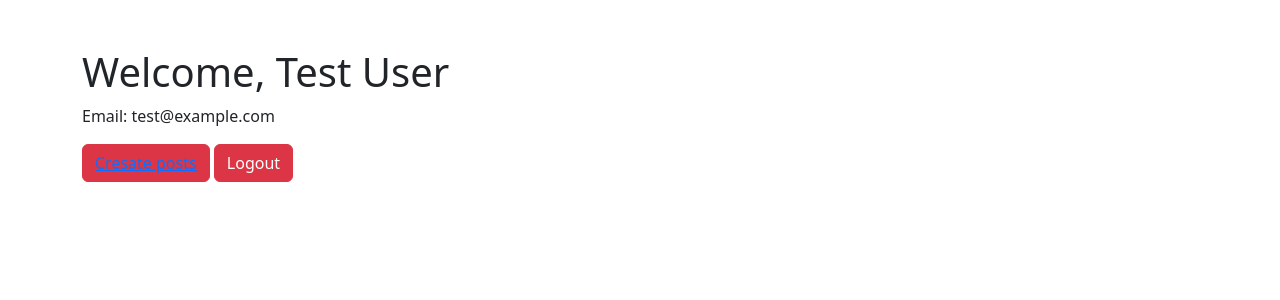
Repository: Abdulahi338/Authentication-using-laravel-11
Page: http://localhost/dashboard
The author's editor kept a copy of each file at every save. The page is drawn from the files as they stood at one save, then again after a run of saves.
The browser window is 1280 px wide. The pictures show the whole page.
The page is served by the project's Laravel application, run on PHP 8.4 with Laravel 12. A made-up administrator, Test User (test@example.com), is signed in. Other server files are loaded and not shown.

Above is the page before, as saved 2024-10-16 09:58:13.

### routes/web.php
<?php


use Illuminate\Support\Facades\Route;
use App\Http\Controllers\AuthController;
use Illuminate\Support\Facades\Auth;

// Guest routes (not logged in)
Route::middleware('guest')->group(function () {
    // Home route
    Route::get('/', function () {
        return view('layouts.app');
    })->name('home');

    // Registration routes
    Route::get('/register', function () {
        return view('auth.register');
    })->name('register.form');

    Route::post('/register', [AuthController::class, 'register'])->name('register');

    // Login routes
    Route::get('/login', function () {
        return view('auth.login');
    })->name('login.form');

    Route::post('/login', [AuthController::class, 'login'])->name('login');

    // Password reset request routes
    Route::get('/password/reset', [AuthController::class, 'showResetRequestForm'])->name('password.request');
    Route::post('/password/email', [AuthController::class, 'sendResetLinkEmail'])->name('password.email');

    // Password reset routes
    Route::get('/password/reset/{token}/{email}', [AuthController::class, 'showResetForm'])->name('password.reset');
    Route::post('/password/reset', [AuthController::class, 'reset'])->name('password.update');
    Route::get('/verify-email/{token}', [AuthController::class, 'verifyEmail'])->name('verification.verify');



});

// Authenticated routes (users who are logged in)
Route::middleware('auth')->group(function () {
     // Email verification route

    // Verification notice route
    Route::get('/verification-notice', function () {
        return view('auth.verification-notice');
    })->name('verification.notice');
        // Resend verification route
        Route::post('/resend-verification', [AuthController::class, 'resendVerification'])->name('verification.resend');
    // Dashboard route
    Route::get('/dashboard', [AuthController::class, 'dashboard'])->name('dashboard');

    // Logout route
    Route::post('/logout', [AuthController::class, 'logout'])->name('logout');

});


use App\Http\Controllers\PostController;

Route::middleware(['auth', 'verified'])->group(function () {
    Route::get('/posts', [PostController::class, 'index'])->name('posts.index');
    Route::get('/posts/create', [PostController::class, 'create'])->name('posts.create');
    Route::post('/posts', [PostController::class, 'store'])->name('posts.store');
    Route::get('/posts/{post}/edit', [PostController::class, 'edit'])->name('posts.edit');
    Route::put('/posts/{post}', [PostController::class, 'update'])->name('posts.update');
    Route::delete('/posts/{post}', [PostController::class, 'destroy'])->name('posts.destroy');
});

### app/Models/User.php
<?php

namespace App\Models;

// use Illuminate\Contracts\Auth\MustVerifyEmail;
use Illuminate\Database\Eloquent\Factories\HasFactory;
use Illuminate\Foundation\Auth\User as Authenticatable;
use Illuminate\Notifications\Notifiable;

class User extends Authenticatable
{
    use HasFactory, Notifiable;

    /**
     * The attributes that are mass assignable.
     *
     * @var array<int, string>
     */
    // User.php
public function posts()
{
    return $this->hasMany(Post::class);
}


    protected $fillable = [
        'name',
        'email',
        'password',
    ];

    /**
     * The attributes that should be hidden for serialization.
     *
     * @var array<int, string>
     */
    protected $hidden = [
        'password',
        'remember_token',
    ];

    /**
     * Get the attributes that should be cast.
     *
     * @return array<string, string>
     */
    protected function casts(): array
    {
        return [
            'email_verified_at' => 'datetime',
            'password' => 'hashed',
        ];
    }
}

### app/Http/Controllers/AuthController.php
<?php

namespace App\Http\Controllers;

use App\Models\User;
use App\Mail\VerificationMail;
use Illuminate\Http\Request;
use Illuminate\Support\Facades\Hash;
use Illuminate\Support\Facades\Mail;
use Illuminate\Support\Facades\DB;
use Illuminate\Support\Str;
use Illuminate\Support\Facades\Password;

class AuthController extends Controller
{
    // Registration function
    public function register(Request $request)
    {
        // Validate user input
        $validated = $request->validate([
            'name' => 'required|string|max:255',
            'email' => 'required|email|unique:users,email',
            'password' => 'required|string|min:3|confirmed', // Password should be more secure
        ]);

        // Hash password and create the user
        $user = User::create([
            'name' => $validated['name'],
            'email' => $validated['email'],
            'password' => Hash::make($validated['password']),
        ]);

        // Generate verification token
        $token = Str::random(32);
        DB::table('email_verifications')->insert([
            'user_id' => $user->id,
            'token' => $token,
            'created_at' => now(),
        ]);

        // Send verification email
        Mail::to($user->email)->send(new VerificationMail($user, $token));

        // Redirect to login with a success message
        return redirect()->route('login')->with('message', 'Registration successful! Please check your email to verify your account.');
    }

    // Login function
    public function login(Request $request)
    {
        // Validate the login request
        $credentials = $request->validate([
            'email' => 'required|email',
            'password' => 'required|string',
        ]);

        // Attempt to find the user
        $user = User::where('email', $credentials['email'])->first();

        if (!$user) {
            return redirect()->back()->withErrors(['email' => 'Invalid credentials.'])->withInput();
        }

        // Check if the email is verified
        if (!$user->email_verified_at) {
            return redirect()->back()->withErrors(['email' => 'Please verify your email first.'])->withInput();
        }

        // Check the password
        if (!Hash::check($credentials['password'], $user->password)) {
            return redirect()->back()->withErrors(['email' => 'Invalid credentials.'])->withInput();
        }

        // Log the user in
        auth()->login($user);

        return redirect()->route('dashboard'); // Redirect to the dashboard after successful login
    }

    // Email Verification function
    public function verifyEmail($token)
    {
        // Look for the token in the email_verifications table
        $verification = DB::table('email_verifications')->where('token', $token)->first();

        // If the token is not found, return an error
        if (!$verification) {
            return redirect()->route('login')->withErrors(['token' => 'Invalid verification token.']);
        }

        // Find the user by the token
        $user = User::find($verification->user_id);

        // Mark email as verified
        $user->email_verified_at = now();
        $user->save();

        // Optionally delete the token after successful verification
        DB::table('email_verifications')->where('token', $token)->delete();

        // Log the user in
        auth()->login($user);

        return redirect()->route('dashboard')->with('message', 'Email verified successfully! Welcome to your dashboard.');
    }

    // Resend Email Verification
    public function resendVerification(Request $request)
    {
        // Validate the request
        $request->validate([
            'email' => 'required|email',
        ]);

        // Find the user by email
        $user = User::where('email', $request->email)->first();

        if (!$user) {
            return redirect()->back()->withErrors(['email' => 'User not found.']);
        }

        // Check if the user already has a verified email
        if ($user->email_verified_at) {
            return redirect()->back()->withErrors(['email' => 'Email is already verified.']);
        }

        // Generate a new verification token
        $token = Str::random(32);

        // Update or create a new verification record
        DB::table('email_verifications')->updateOrInsert(
            ['user_id' => $user->id],
            ['token' => $token, 'created_at' => now()]
        );

        // Send the verification email
        Mail::to($user->email)->send(new VerificationMail($user, $token));

        return redirect()->back()->with('message', 'Verification email resent.');
    }

    // Show password reset request form
    public function showResetRequestForm()
    {
        return view('auth.passwords.email');
    }

    // Handle sending the reset link
    public function sendResetLinkEmail(Request $request)
    {
        // Validate the request
        $request->validate([
            'email' => 'required|email',
        ]);

        // Send the reset link
        $status = Password::sendResetLink($request->only('email'));

        // Return response based on the status
        return $status === Password::RESET_LINK_SENT
            ? back()->with('status', __($status))
            : back()->withErrors(['email' => __($status)]);
    }

    // Password Reset Form
    public function showResetForm($token, $email)
    {
        return view('auth.passwords.reset')->with(['token' => $token, 'email' => $email]);
    }

    // Handle password reset
    public function reset(Request $request)
    {
        // Validate the request
        $request->validate([
            'email' => 'required|email',
            'password' => 'required|string|min:6|confirmed',
            'token' => 'required',
        ]);

        // Reset the password
        $status = Password::reset(
            $request->only('email', 'password', 'password_confirmation', 'token'),
            function ($user) use ($request) {
                $user->password = Hash::make($request->password);
                $user->save();
            }
        );

        // Redirect or return based on the status
        return $status === Password::PASSWORD_RESET
            ? redirect()->route('login')->with('status', __($status))
            : back()->withErrors(['email' => __($status)]);
    }

    // Dashboard
    public function dashboard()
    {
        if (auth()->check()) {
            return view('dashboard', ['user' => auth()->user()]);
        }

        return redirect('/login')->with('message', 'Please log in first.');
    }

    // Logout
    public function logout(Request $request)
    {
        auth()->logout();
        return redirect('/login')->with('message', 'You have been logged out successfully!');
    }
}

### resources/views/dashboard.blade.php
{{-- resources/views/dashboard.blade.php --}}
<!DOCTYPE html>
<html lang="en">
<head>
    <meta charset="UTF-8">
    <meta name="viewport" content="width=device-width, initial-scale=1.0">
    <link href="https://cdn.jsdelivr.net/npm/bootstrap@5.3.0-alpha1/dist/css/bootstrap.min.css" rel="stylesheet">
    <title>User Dashboard</title>
</head>
<body>

    <div class="container mt-5">
        @if(session('message'))
        <div class="alert alert-success">{{ session('message') }}</div>
    @endif
        <h1>Welcome, {{ $user->name }}</h1>
        <p>Email: {{ $user->email }}</p>


        <form action="{{ url('/logout') }}" method="POST">
            @csrf
            <button type="submit" class="btn btn-danger"><a href="posts.create">Cresate posts</a></button>
            <button type="submit" class="btn btn-danger">Logout</button>
        </form>
    </div>
</body>
</html>

Loaded but not shown: app/Http/Controllers/Controller.php (common file)

After the next 2 saves:
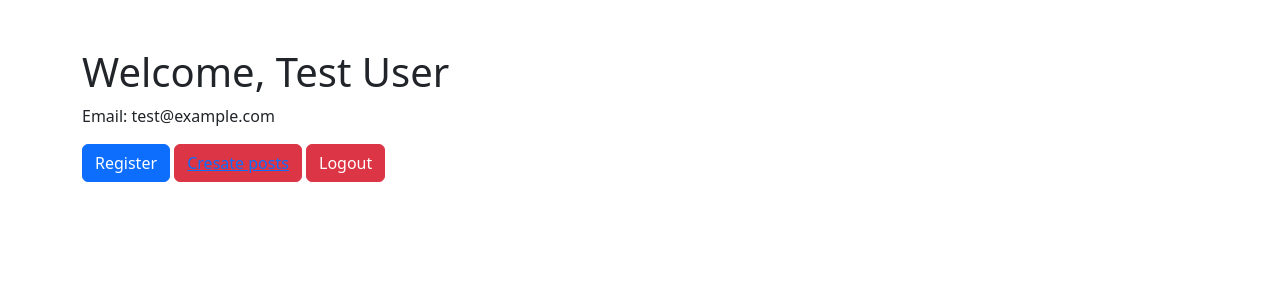
The 2 saves are shown as one change because they came seconds apart.
The last was saved 67 s later.
--- a/resources/views/dashboard.blade.php
+++ b/resources/views/dashboard.blade.php
@@ -19,6 +19,8 @@
 
         <form action="{{ url('/logout') }}" method="POST">
             @csrf
+            <button type="submit" class="btn btn-primary"><a class="nav-link" href="{{ url('/register') }}">Register</a></button>
+
             <button type="submit" class="btn btn-danger"><a href="posts.create">Cresate posts</a></button>
             <button type="submit" class="btn btn-danger">Logout</button>
         </form>
